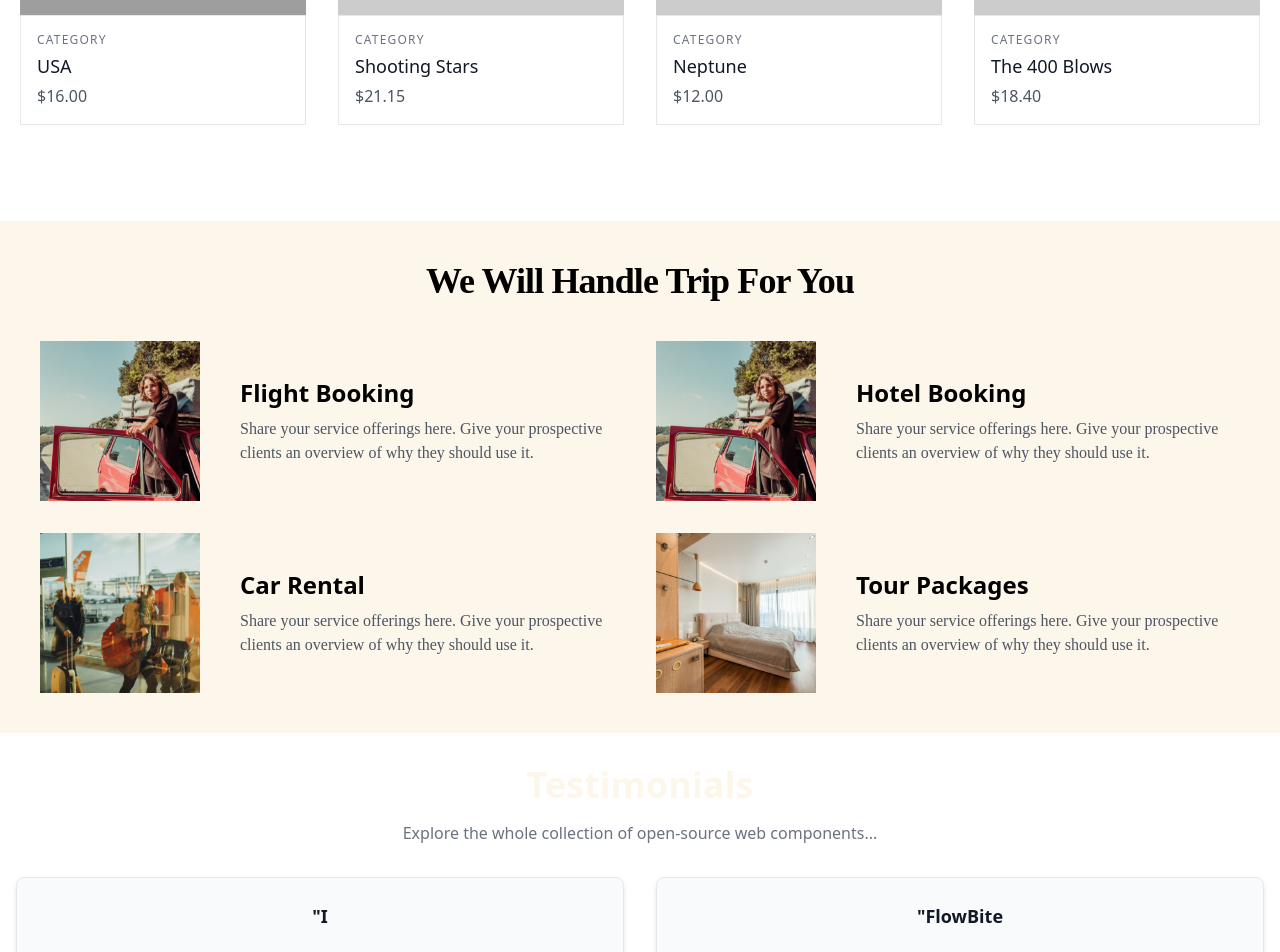
Repository: prabeshsitaula07/greatnepalholidays
Page: / (app in frontend/)
An editor plug-in stored every save of this project. The page is shown before and after a run of saves, followed by the edit.
The browser window is 1280 px wide. The pictures show the part of the page from y = 2435 to 3387 px (the page is 6713 px tall).
Pictures or frames that could not be fetched are drawn as grey boxes. Some web fonts or font styles are not loaded; a fallback is used. The project was rebuilt for these pictures with package versions that can differ from the ones it lists, and the page was loaded fresh each time. Also part of the build but not shown: frontend/vite.config.ts. Imported but missing from the stored project, and not drawn on this page: frontend/src/assets/bgvideo.mp4.

Above is the page before, as saved 2024-11-23 10:34:52.

After the next 3 saves:
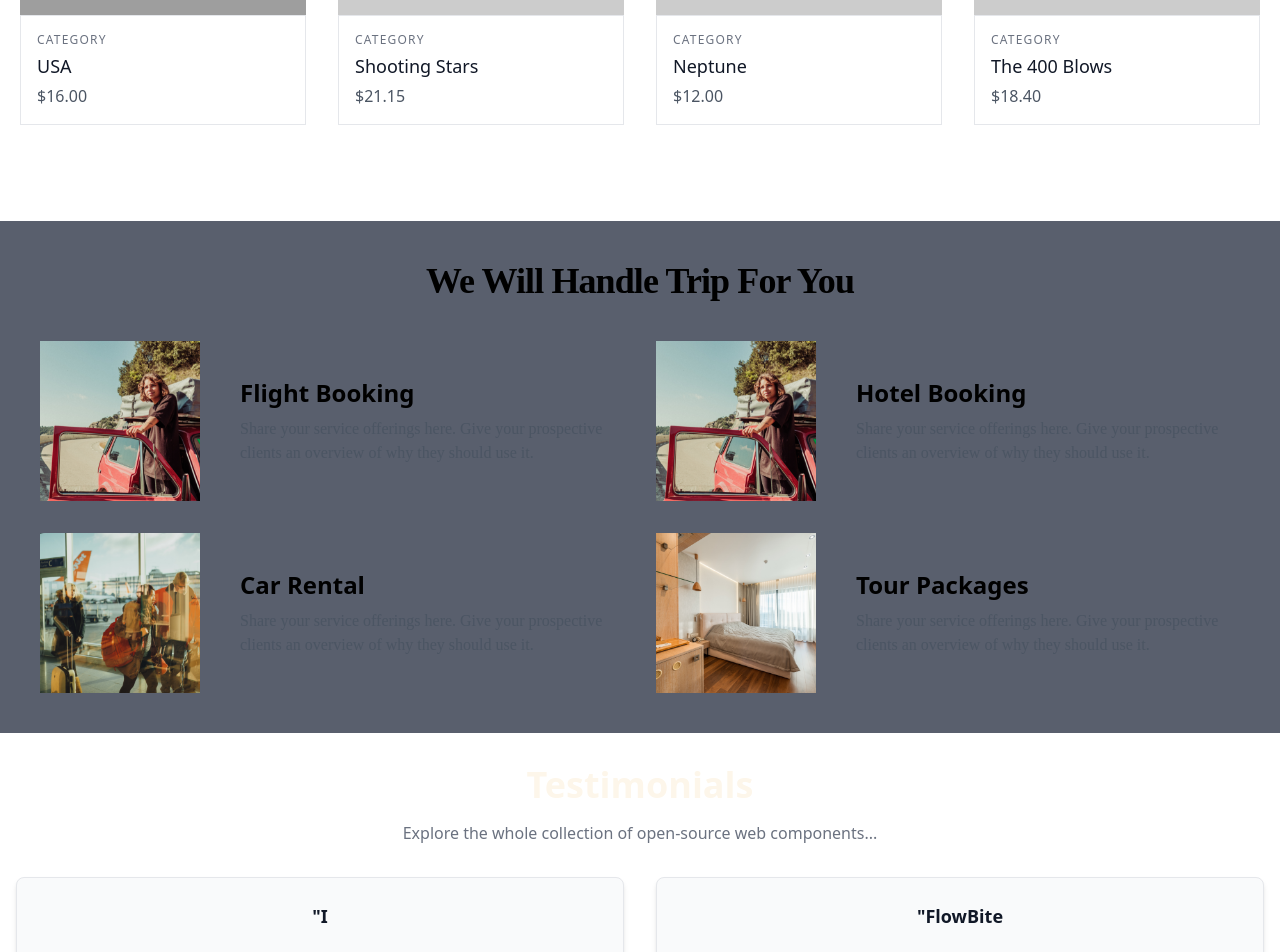
The 3 saves are shown as one change because they came seconds apart.
The last was saved 2 min 56 s later.
--- a/frontend/src/components/Services/TripHandling.tsx
+++ b/frontend/src/components/Services/TripHandling.tsx
@@ -11,7 +11,7 @@ export default function TripHandling() {
     ];
 
     return (
-      <div className="bg-primary h-fit flex justify-center flex-col items-center p-10">
+      <div className="bg-navbarbg h-fit flex justify-center flex-col items-center p-10">
           <h2 className="mb-10 text-4xl tracking-tight font-extrabold text-black text-center font-parkinsans">We Will Handle Trip For You</h2>
           <div className="grid grid-cols-2 gap-8">
               {services.map((service, index) => (
